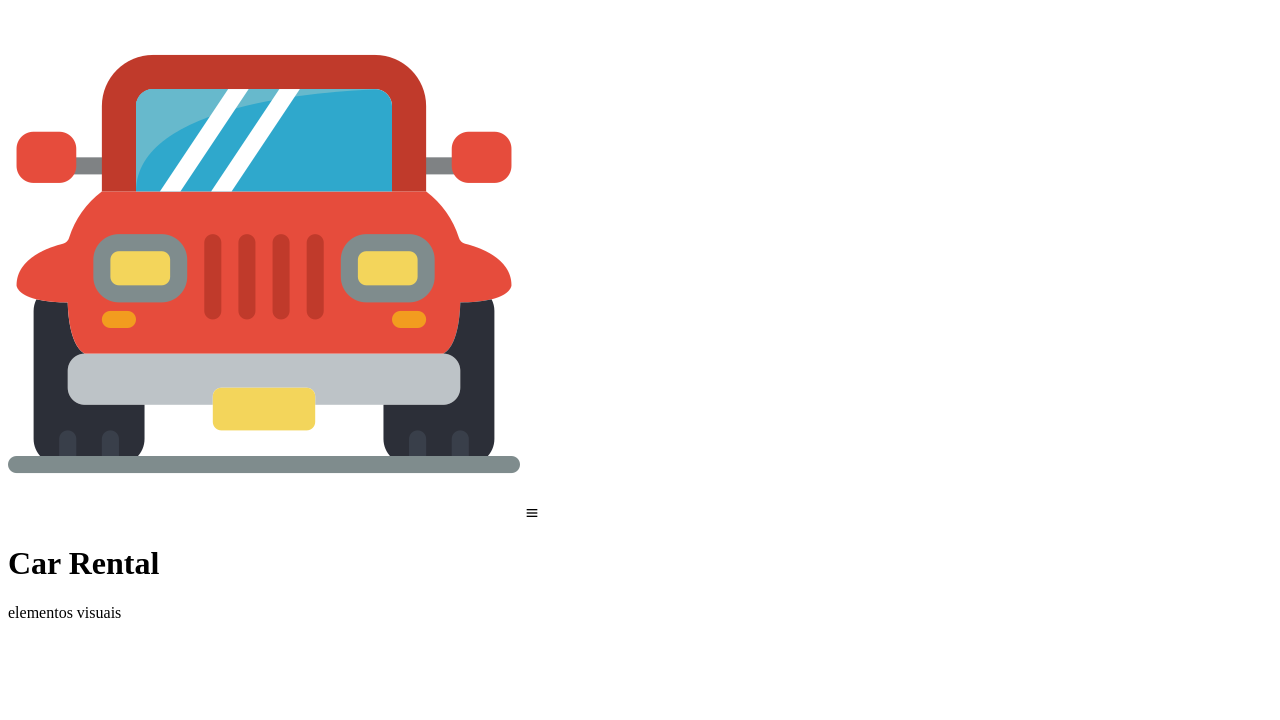
Repository: douglasabnovato/car-rental
Page: index.html
An editor plug-in stored every save of this project. The page is shown before and after the next save, followed by the edit.
The browser window is 1280 px wide. The pictures show the whole page.

Above is the page before, as saved 2025-05-15 18:14:57.

After the next save:
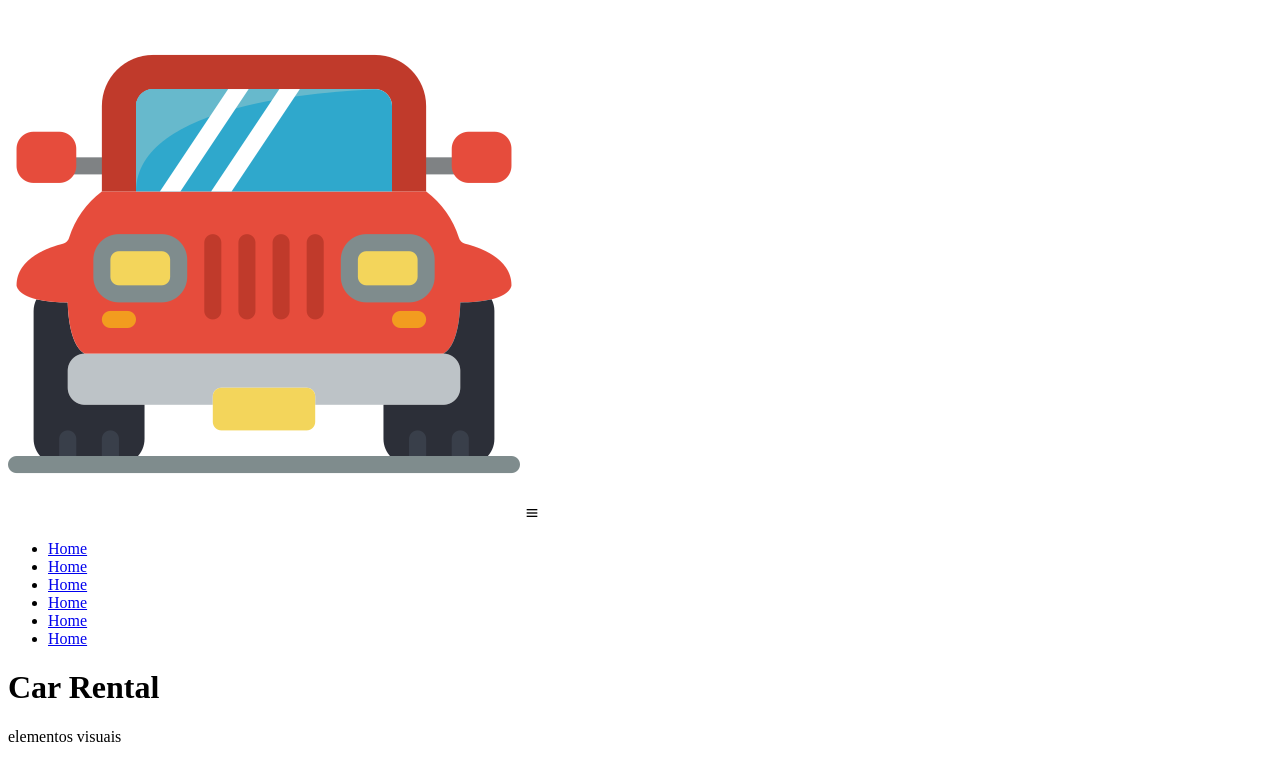
Saved 91 s later.
--- a/index.html
+++ b/index.html
@@ -16,6 +16,14 @@
         ><img src="./assets/jeep.png" alt="logo da car rental" srcset=""
       /></a>
       <div class="bx bx-menu" id="menu-icon"></div>
+      <ul class="navbar">
+        <li><a href="#home">Home</a></li>
+        <li><a href="#home">Home</a></li>
+        <li><a href="#home">Home</a></li>
+        <li><a href="#home">Home</a></li>
+        <li><a href="#home">Home</a></li>
+        <li><a href="#home">Home</a></li>
+      </ul>
     </header>
     <h1>Car Rental</h1>
     <p>elementos visuais</p>
